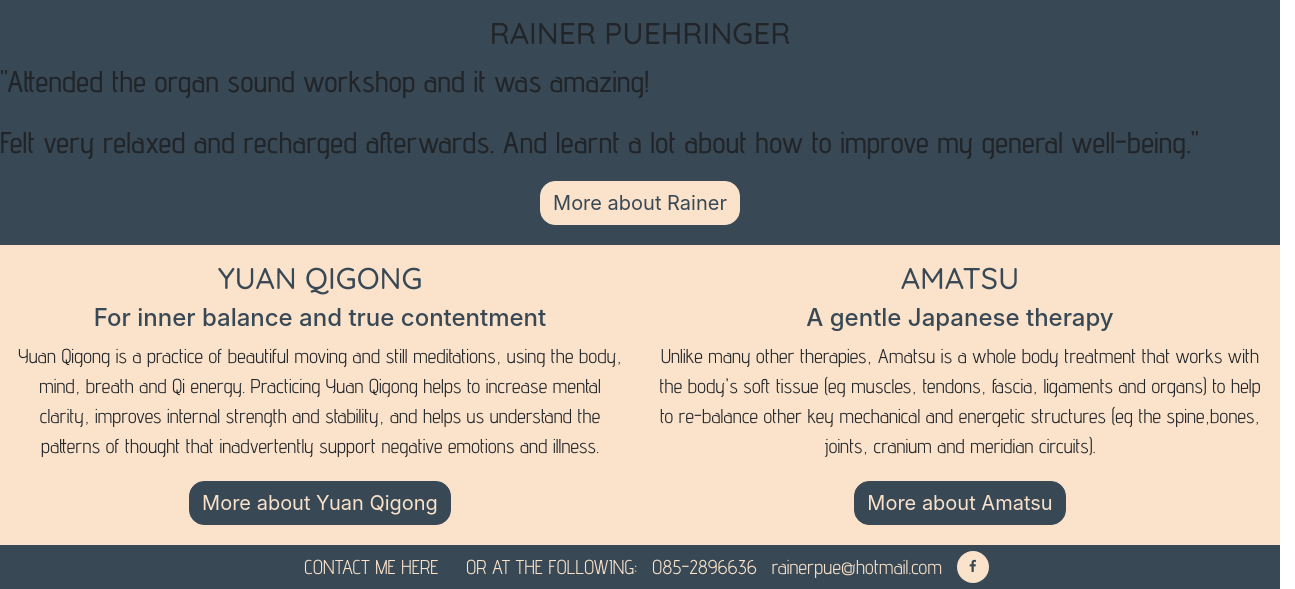
Repository: rainerpue/practitioner_website
Page: about.html
The author's editor kept a record of every edit. The page is drawn from the files as they stood at one moment, then again after the next edit.
The browser window is 1280 px wide. The page is 1295 px wide, so the pictures cover 1295 px, including what lies to the right of the window. The pictures show the part of the page from y = 216 to 805 px (the page is 805 px tall).
Some web libraries are served in a nearby version.

Above is the page before.

After the next edit:
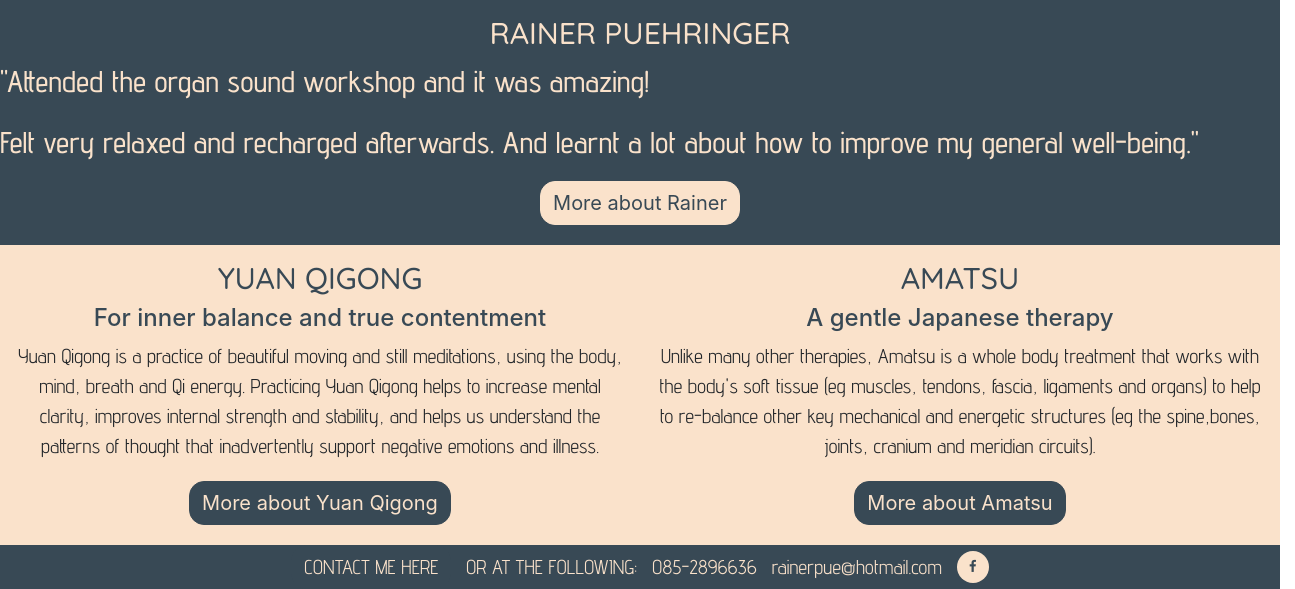
The edit:
--- a/assets/css/style.css
+++ b/assets/css/style.css
@@ -10,6 +10,7 @@
 
 .bg-grey {
     background-color: #384955;
+    color: #FAE2CB;
 }
 
 .bg-intro {
